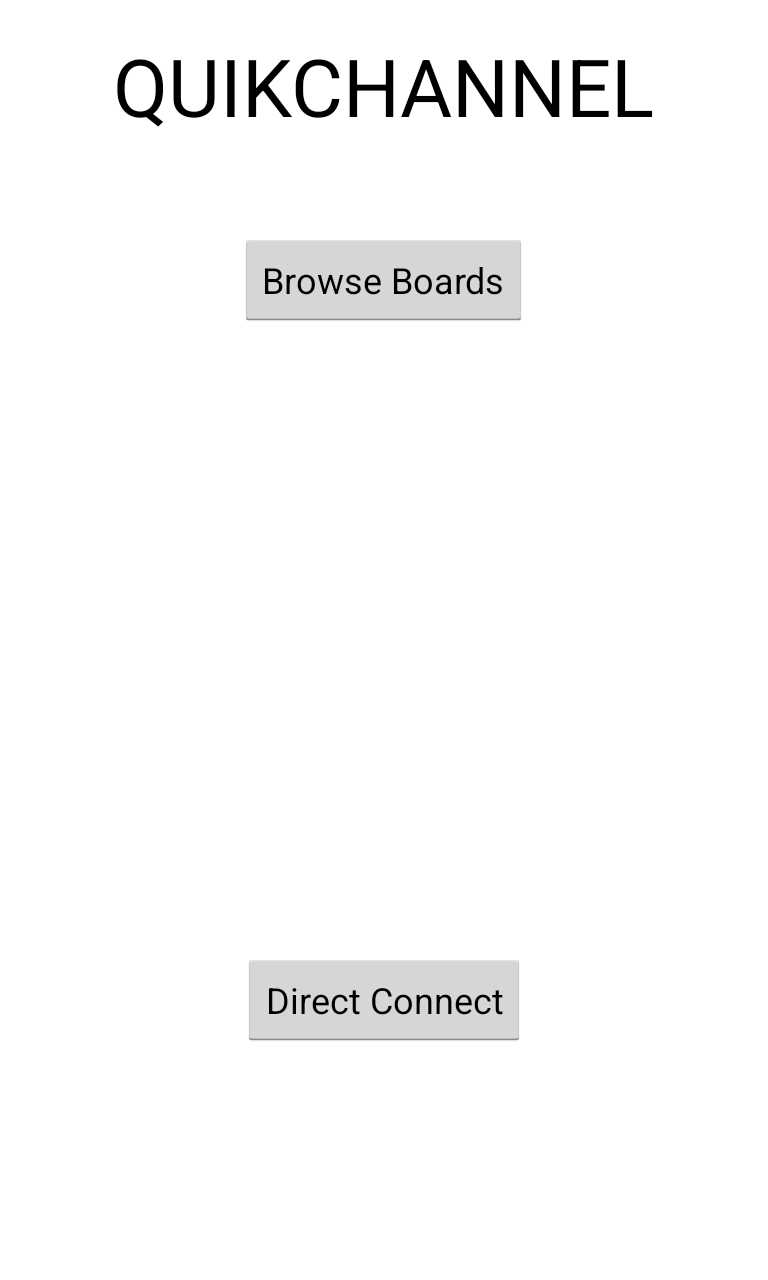
Repository: tomacoast/Quik-Channel
Layout: WorkspaceI/Quikchannel/res/layout/activity_main.xml
The author's editor kept a copy of each file at every save. The layout is drawn from the files as they stood at one save, then again after the next save.
It is drawn on a 768 x 1280 px phone screen (xhdpi) without system bars, with theme AppTheme; the app's code is not run.

Above is the layout before, as saved 2014-05-21 06:34:23.

After the next save:
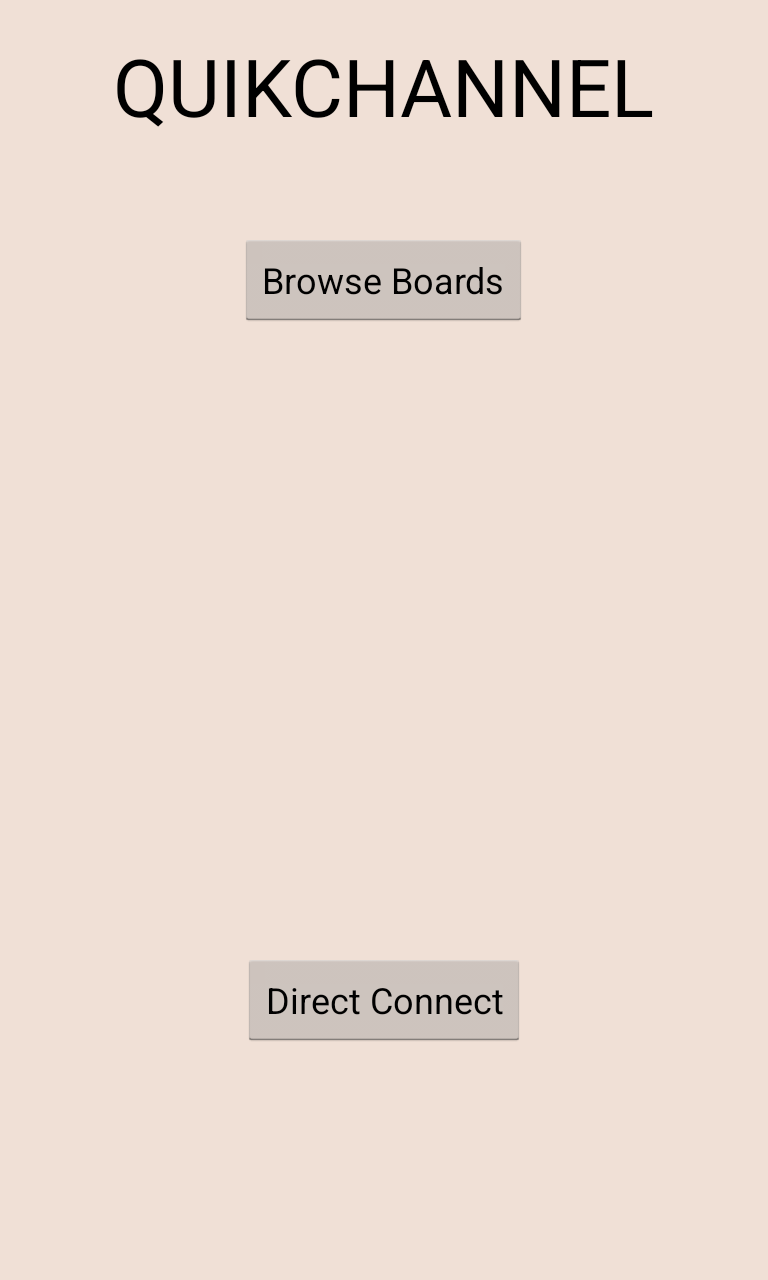
Saved 47 s later.
--- a/WorkspaceI/Quikchannel/res/layout/activity_main.xml
+++ b/WorkspaceI/Quikchannel/res/layout/activity_main.xml
@@ -6,6 +6,7 @@
     android:paddingLeft="@dimen/activity_horizontal_margin"
     android:paddingRight="@dimen/activity_horizontal_margin"
     android:paddingTop="@dimen/activity_vertical_margin"
+    android:background="@color/background"
     tools:context=".MainActivity" >
 
     <Button
